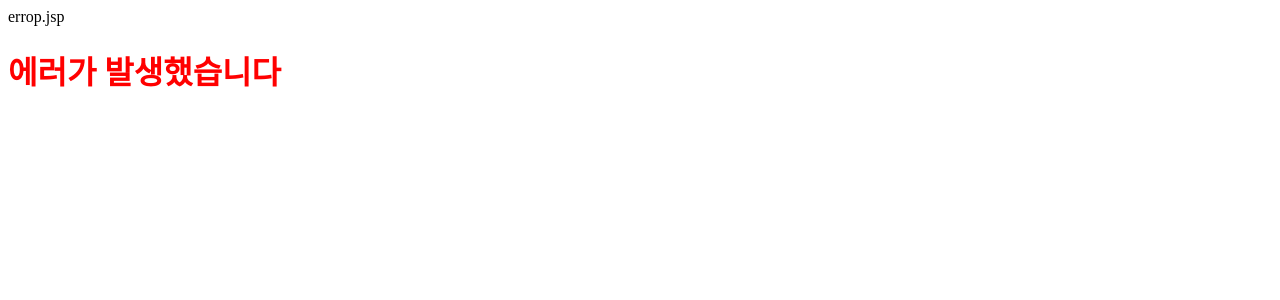
Repository: ryu1917/jsp
Page: http://localhost/jsp02/error/error.jsp
An editor plug-in stored every save of this project. The page is shown before and after the next save, followed by the edit.
The browser window is 1280 px wide. The pictures show the whole page.
The page is served by Tomcat 9.

Above is the page before, as saved 2021-04-21 08:24:01.

### workspace/jsp02/src/main/webapp/error/error.jsp
<%@ page language="java" contentType="text/html; charset=UTF-8"
    pageEncoding="UTF-8"%>
<!DOCTYPE html>
<html>
<head>
<meta charset="UTF-8">
<title>Insert title here</title>
</head>
<body>errop.jsp<br>
	<h1 style="color:red;">에러가 발생했습니다</h1>

</body>
</html>

### workspace/jsp02/src/main/webapp/link.jsp
<%@ page language="java" contentType="text/html; charset=UTF-8"
    pageEncoding="UTF-8"%>
<!DOCTYPE html>
<html>
<head>
<meta charset="UTF-8">
<title>Insert title here</title>
</head>
<body >
<div align="center">
<a href="sub.jsp">서브페이지</a>
<a href="error/error.jsp">error</a>
<a href="main.jsp">메인페이지</a>
<input type="text">
<button>검색</button>
</div>
</body>
</html>

After the next save:
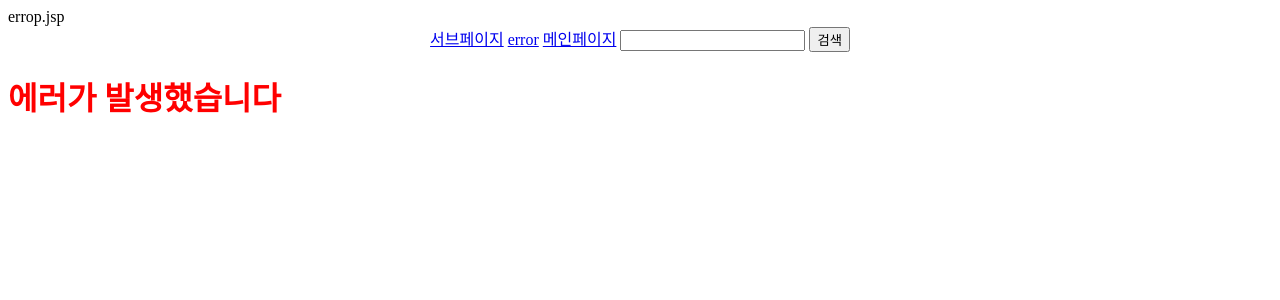
Saved 43 s later.
--- a/workspace/jsp02/src/main/webapp/error/error.jsp
+++ b/workspace/jsp02/src/main/webapp/error/error.jsp
@@ -7,6 +7,7 @@
 <title>Insert title here</title>
 </head>
 <body>errop.jsp<br>
+<%@ include file="../link.jsp" %>
 	<h1 style="color:red;">에러가 발생했습니다</h1>
 
 </body>
